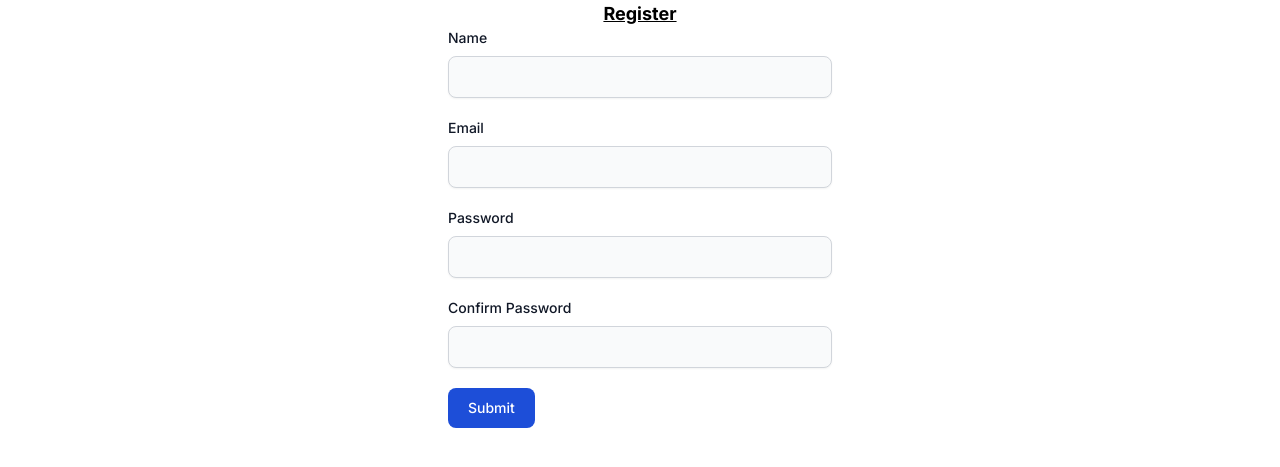
Repository: fatimash2123/next-todo
Page: /register
An editor plug-in stored every save of this project. The page is shown before and after the next save, followed by the edit.
The browser window is 1280 px wide. The pictures show the whole page.
The project was rebuilt for these pictures with package versions that can differ from the ones it lists, and the page was loaded fresh each time. The framework's server and built-in components were replaced by stand-ins that run in the browser. Also part of the build but not shown: next.config.mjs.

Above is the page before, as saved 2024-02-13 13:06:31.

### app/register/page.tsx
"use client";
import Input from "../../components/Input";
import Button from "../../components/Button";
import MainHeading from "../../components/MainHeading";
import registerOnServer from "@/store/authentication/register";
export default async function Register() {
  const register = async () => {
    await registerOnServer({
      name: "fatima",
      email: "fatima@gmail.com",
      password: "abc",
    });
  };

  return (
    <>
      <MainHeading title={"Register"} />
      <form className="max-w-sm mx-auto">
        <Input title={"Name"} type={"text"} name={"name"} />
        <Input title={"Email"} type={"email"} name={"email"} />
        <Input title={"Password"} type={"password"} name={"password"} />
        <Input
          title={"Confirm Password"}
          type={"password"}
          name={"cpassword"}
        />
        {/* <Button title={"Register"} handleOnClick={register} /> */}
        <button
          type="submit"
          className="text-white bg-blue-700 hover:bg-blue-800 focus:ring-4 focus:outline-none focus:ring-blue-300 font-medium rounded-lg text-sm px-5 py-2.5 text-center dark:bg-blue-600 dark:hover:bg-blue-700 dark:focus:ring-blue-800"
          onClick={register}
        >
          Submit
        </button>
      </form>
    </>
  );
}

### components/Input.tsx
interface InputProps {
  title: string;
  type: string;
  name: string;
}
export default function ({ title, type, name }: InputProps) {
  return (
    <div className="mb-5">
      <label
        htmlFor={name}
        className="block mb-2 text-sm font-medium text-gray-900 dark:text-white"
      >
        {title}
      </label>
      <input
        type={type}
        id={name}
        className="shadow-sm bg-gray-50 border border-gray-300 text-gray-900 text-sm rounded-lg focus:ring-blue-500 focus:border-blue-500 block w-full p-2.5 dark:bg-gray-700 dark:border-gray-600 dark:placeholder-gray-400 dark:text-white dark:focus:ring-blue-500 dark:focus:border-blue-500 dark:shadow-sm-light"
        required
      />
    </div>
  );
}

### components/MainHeading.tsx
interface MainHeadingProps {
  title: string;
}

export default function ({ title }: MainHeadingProps) {
  return (
    <h1 className="font-bold text-lg text-center text-3xl underline">
      {title}
    </h1>
  );
}

### store/authentication/register.tsx
interface RegisterUser {
  name: string;
  email: String;
  password: string;
}
async function registerOnServer({ name, email, password }: RegisterUser) {
  const body: RegisterUser = {
    name,
    email,
    password,
  };
  const data = await fetch("/register", {
    method: "POST",
    headers: {
      "Content-Type": "application/json",
    },
    body: JSON.stringify(body),
  });
  console.log("register response=", registerOnServer);
}

export default registerOnServer;

### tailwind.config.js
/** @type {import('tailwindcss').Config} */
module.exports = {
  content: [
    "./app/**/*.{js,ts,jsx,tsx,mdx}",
    "./components/**/*.{js,ts,jsx,tsx,mdx}",
  ],
  theme: {
    extend: {},
  },
  plugins: [],
}

### components/Button.tsx
"use client";
interface ButtonProps {
  title: string;
  handleOnClick: () => void;
}

const Button = ({ title, handleOnClick }: ButtonProps) => {
  return (
    <button
      type="submit"
      className="text-white bg-blue-700 hover:bg-blue-800 focus:ring-4 focus:outline-none focus:ring-blue-300 font-medium rounded-lg text-sm px-5 py-2.5 text-center dark:bg-blue-600 dark:hover:bg-blue-700 dark:focus:ring-blue-800"
      onClick={handleOnClick}
    >
      {title}
    </button>
  );
};

export default Button;

Loaded but not shown: app/layout.tsx (common file); app/globals.css (common file)

After the next save:
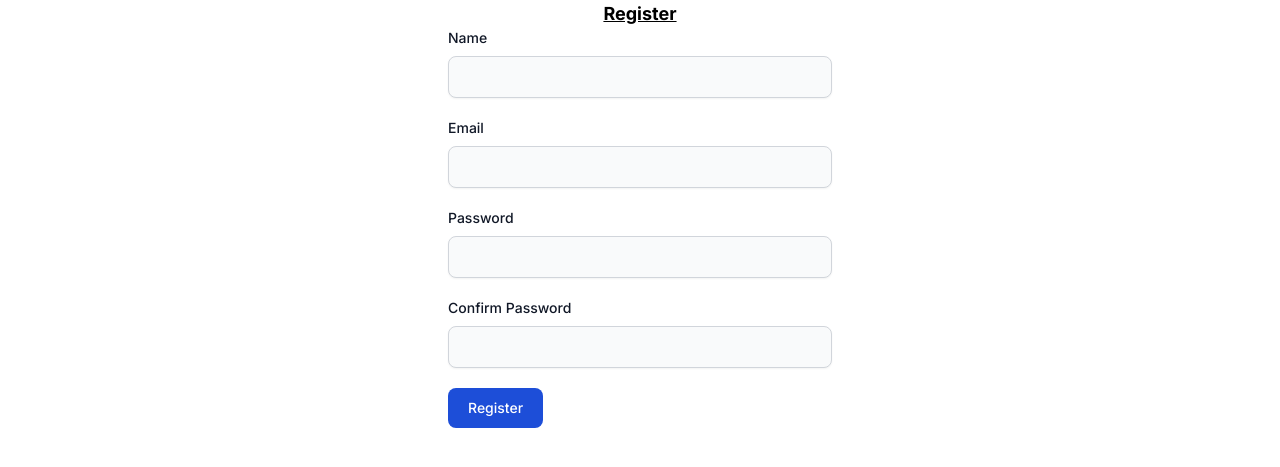
Saved 105 s later.
--- a/app/register/page.tsx
+++ b/app/register/page.tsx
@@ -24,14 +24,7 @@ export default async function Register() {
           type={"password"}
           name={"cpassword"}
         />
-        {/* <Button title={"Register"} handleOnClick={register} /> */}
-        <button
-          type="submit"
-          className="text-white bg-blue-700 hover:bg-blue-800 focus:ring-4 focus:outline-none focus:ring-blue-300 font-medium rounded-lg text-sm px-5 py-2.5 text-center dark:bg-blue-600 dark:hover:bg-blue-700 dark:focus:ring-blue-800"
-          onClick={register}
-        >
-          Submit
-        </button>
+        <Button title={"Register"} handleOnClick={register} />
       </form>
     </>
   );
